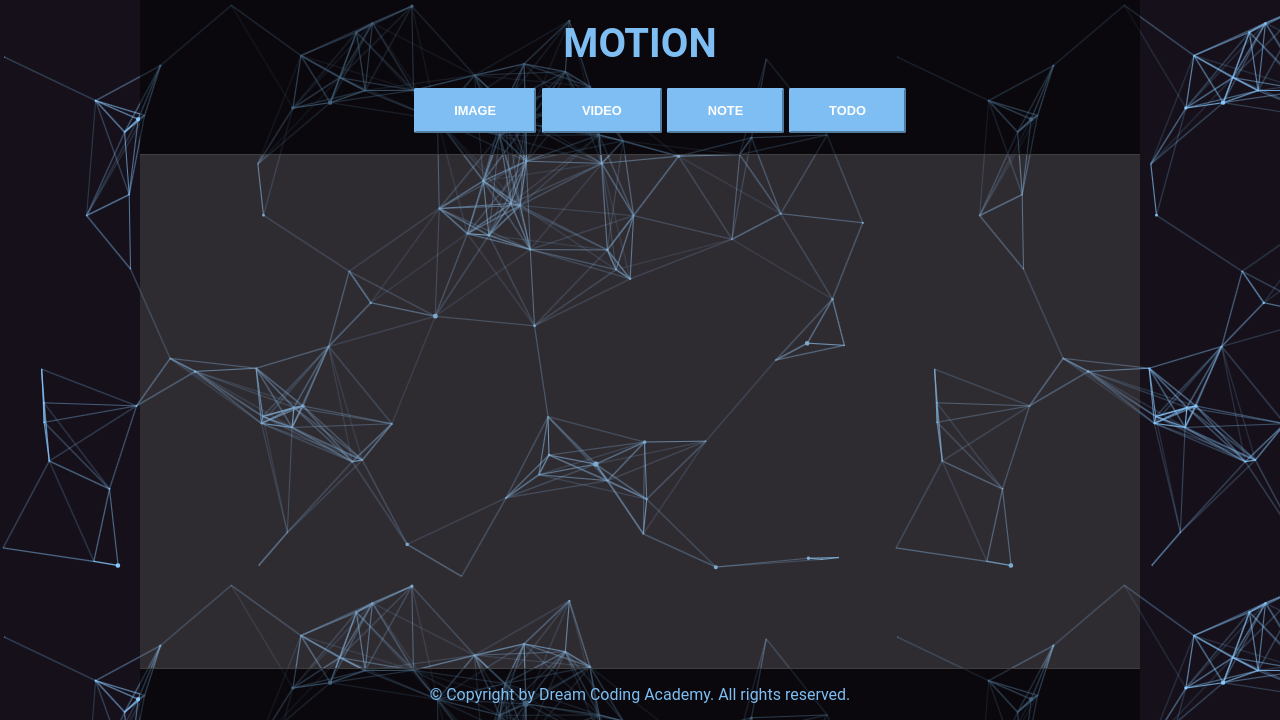
Repository: chefkuna/Motion
Page: index.html
An editor plug-in stored every save of this project. The page is shown before and after the next save, followed by the edit.
The browser window is 1280 px wide. The pictures show the whole page.

Above is the page before, as saved 2022-08-21 19:08:05.
Console error: SyntaxError: Cannot use import statement outside a module

After the next save:
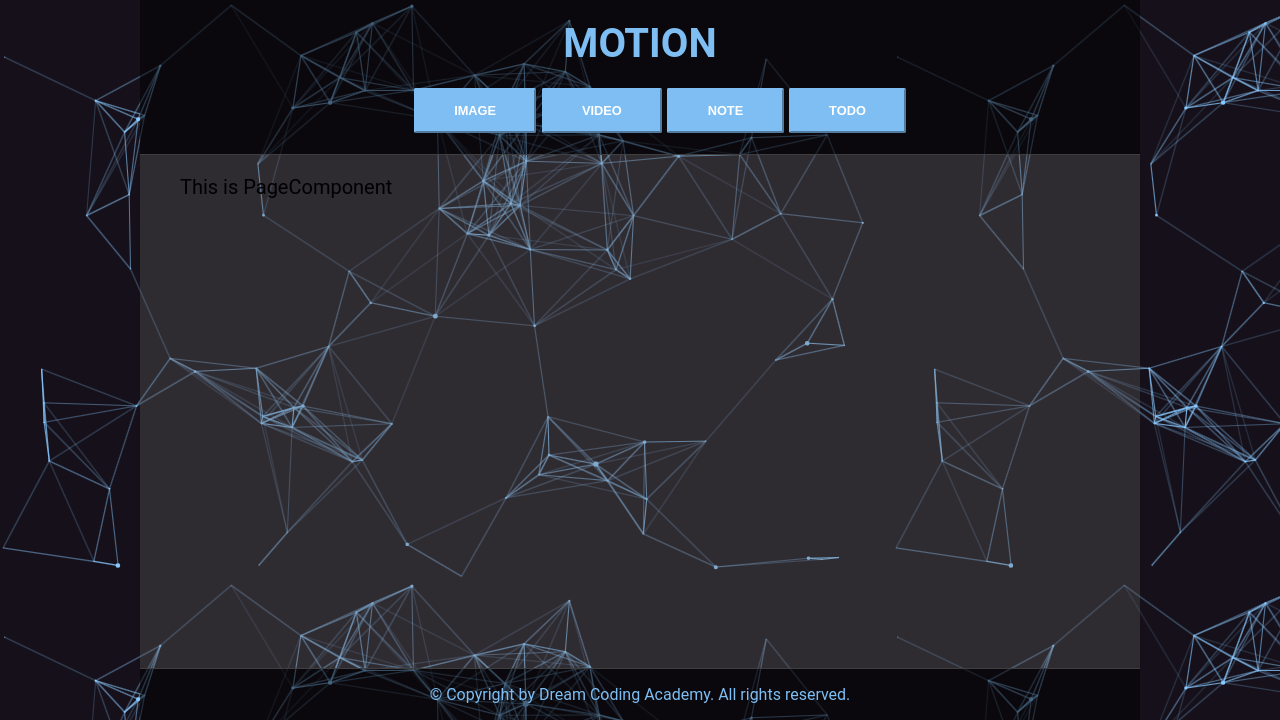
The error is gone.
Saved 26 s later.
--- a/index.html
+++ b/index.html
@@ -6,7 +6,7 @@
   <meta name="viewport" content="width=device-width, initial-scale=1.0">
   <title>Motion</title>
   <link rel="stylesheet" href="./style/style.css">
-  <script src='./dist/app.js' defer></script>
+  <script type='module' src='./dist/app.js' defer></script>
 </head>
 <body>
   <div class="app">
